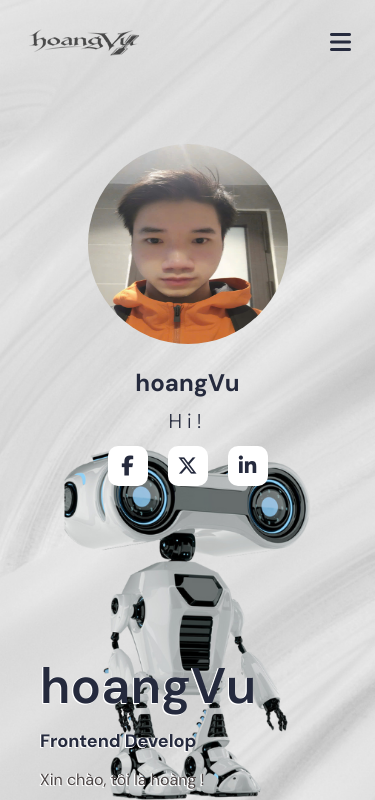
Repository: hoang28092000/portfolio
Page: index.html
These files come from the project's save history. The page is drawn as it stood at one moment and after a run of saves; the edit follows.
The browser window is 375 px wide. The pictures show the whole page.

Above is the page before, as saved 2025-04-10 23:35:50.

After the next 2 saves:
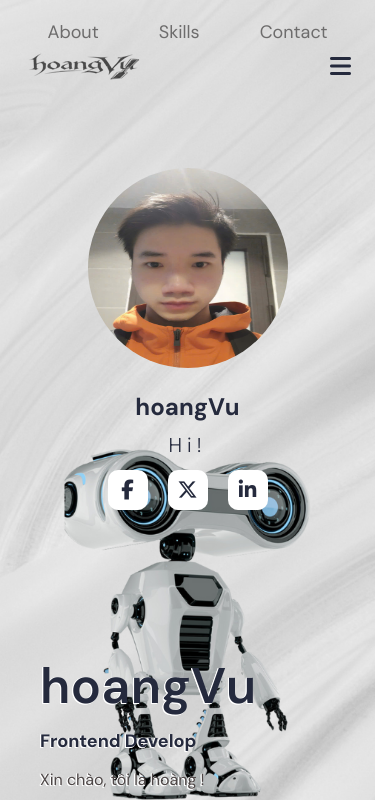
The 2 saves are shown as one change because they came seconds apart.
The last was saved 41 s later.
--- a/css/responsive.css
+++ b/css/responsive.css
@@ -85,7 +85,7 @@
   .social-mobile a {
     text-decoration: none;
   }
-  .top-header .nav-list{
+    .nav-list{
     display: none;
   }
   .top-header-mobile{

After the save that followed:
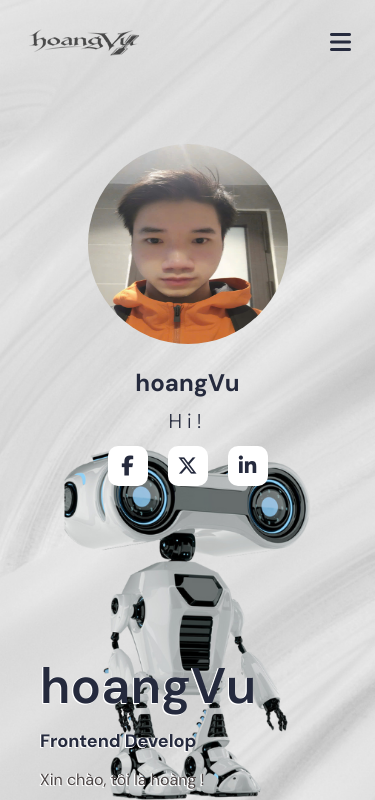
Saved 8 s later.
--- a/css/responsive.css
+++ b/css/responsive.css
@@ -85,7 +85,7 @@
   .social-mobile a {
     text-decoration: none;
   }
-    .nav-list{
+  .top-header .nav-list{
     display: none;
   }
   .top-header-mobile{
